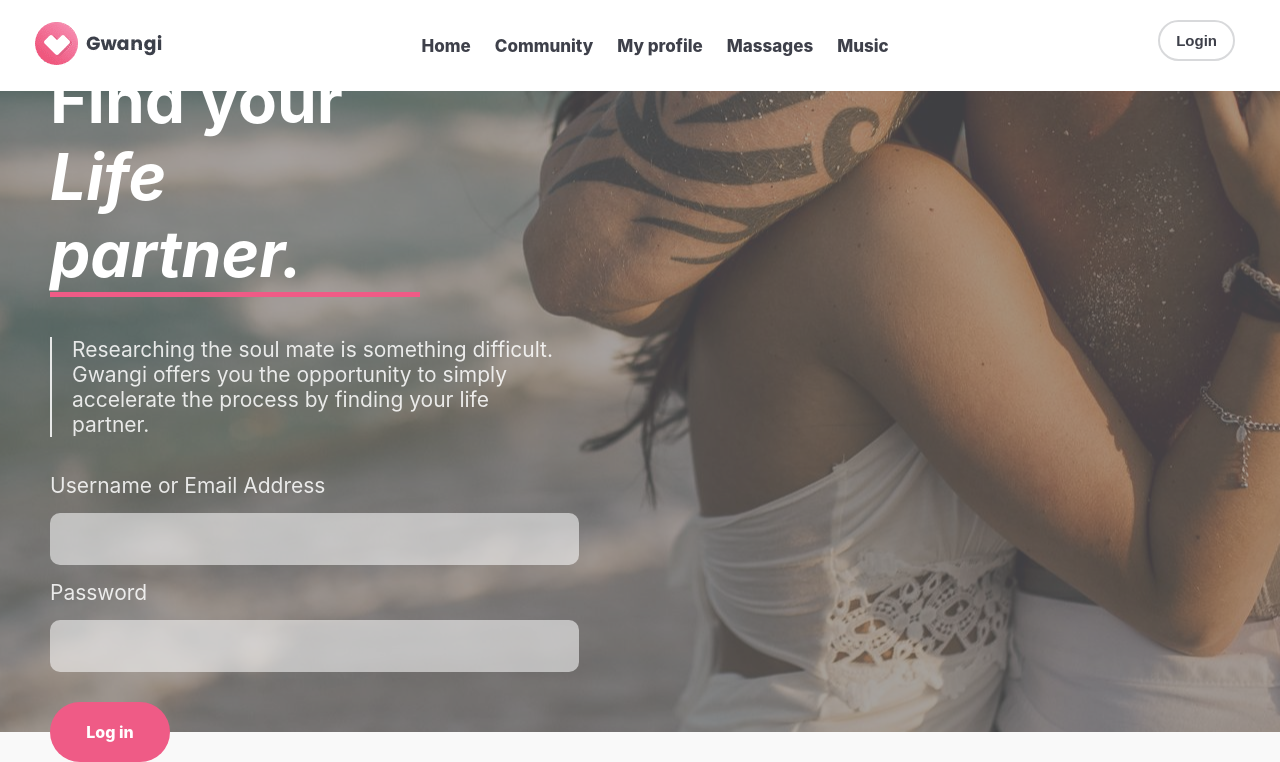
Repository: ShokunLiubov/Soc-Network-React
Page: /login
The author's editor kept a copy of each file at every save. The page is drawn from the files as they stood at one save, then again after the next save.
The browser window is 1280 px wide. The pictures show the whole page.
The project was rebuilt for these pictures with package versions that can differ from the ones it lists, and the page was loaded fresh each time. Also part of the build but not shown: src/components/common/Paginator/Paginator.module.css, src/components/common/Paginator/Paginator.jsx, src/components/Community/Community.module.css, src/components/Community/Friend/Friend.jsx, src/components/Community/Community.jsx, src/components/common/Preloader/Preloader.jsx, src/components/Community/CommunityContainer.jsx, src/components/Dialogs/Dialogs.module.css and 14 more.

Above is the page before, as saved 2022-08-24 18:18:27.

### src/index.js
import reportWebVitals from './reportWebVitals';
import store from './redux/redux-store';
import React from 'react';
import ReactDOM from 'react-dom/client';
import './index.css';
import App from './App';
import { BrowserRouter } from 'react-router-dom';
import { Provider } from 'react-redux'

const root = ReactDOM.createRoot(document.getElementById('root'));

  root.render(

      <BrowserRouter>
        <Provider store={store}>
          <App />
        </Provider>
      </BrowserRouter>


  );


// If you want to start measuring performance in your app, pass a function
// to log results (for example: reportWebVitals(console.log))
// or send to an analytics endpoint. Learn more: https://bit.ly/CRA-vitals
reportWebVitals();

### src/redux/redux-store.js
import {combineReducers, legacy_createStore as createStore} from "redux"
import dialogsReducer from "./dialogs-reducer"
import profileReducer from "./profile-reducer"
import communityReducer from "./community-reducer"
import authReducer from "./auth-reducer"

let reducers = combineReducers({
    profilePage : profileReducer,
    dialogsPage : dialogsReducer,
    communityPage : communityReducer,
    auth: authReducer
})

let store = createStore(reducers)

export default store;

### src/App.js
import React from 'react';
import { Routes, Route } from "react-router-dom";
import './App.css';
import Registration from './components/Auth/Registration/Registration';
import CommunityContainer from './components/Community/CommunityContainer';
import DialogsContainer from './components/Dialogs/DialogsContainer';
import Home from './components/Home/Home';
import Music from './components/Music/Music';
import Navbar from './components/Navbar/Navbar';
import ProfileContainer from './components/Profile/ProfileContainer';

function App(props) {
  return (

    <div className='app-wrapper'>
      <Navbar />
      <Routes>
        <Route path='/home/*' element={<Home />} />

        <Route path='/community/*' element={<CommunityContainer />} />

        <Route path='/profile/:id' element={<ProfileContainer />} />
        <Route path='/profile/*' element={<ProfileContainer />} />

        <Route path='/dialogs/*' element={<DialogsContainer />} />

        <Route path='/music/*' element={<Music />} />

        <Route path='/login/*' element={<Registration />} />

      </Routes>

    </div>

  );
}

export default App;

### src/redux/dialogs-reducer.js
const SAND_MASSAGE = 'SAND-MASSAGE'
const UPDATE_NEW_MASSAGE_TEXT = 'UPDATE-NEW-MASSAGE-TEXT'

let initialState = {
    dialogsData: [
        { id: 1, name: 'Vika', ava: './../images/ava-w1.jpeg' },
        { id: 2, name: 'Eugen', ava: './../images/ava-m2.png' },
        { id: 3, name: 'Liubov', ava: './../images/ava-w3.jpeg' },
        { id: 4, name: 'Max', ava: './../images/ava-m1.jpeg' },
        { id: 5, name: 'Nika', ava: './../images/ava-w2.webp' }
    ],
    massagesData: [
        { id: 1, massage: 'Hi' },
        { id: 2, massage: 'How are you?' },
        { id: 3, massage: 'I am okey!' }
    ],
    newMassageText: ''
}

const dialogsReducer = (state = initialState, action) => {

    switch (action.type) {
        case SAND_MASSAGE:
            let text = state.newMassageText
            return {
                ...state,
                newMassageText: '',
                massagesData: [...state.massagesData, {id: Date.now(),massage: text}]
            }

        case UPDATE_NEW_MASSAGE_TEXT:
            return {
                ...state,
                newMassageText: action.newText
            }

        default:
            return state
    }

}

export const sandMassage = () => ({ type: SAND_MASSAGE })

export const onMassageChange = (text) =>
    ({ type: UPDATE_NEW_MASSAGE_TEXT, newText: text })

export default dialogsReducer;

### src/redux/profile-reducer.js
const ADD_POST = 'ADD-POST'
const UPDATE_NEW_POST_TEXT = 'UPDATE-NEW-POST-TEXT'
const SET_USER_PROFILE = 'SET-USER-PROFILE'

let initialState = {
    userProfile: {},
    postsData: [
        { id: 1, massage: 'Hi, how are you?', countLikes: '12', time: '29 minutes ago' },
        { id: 2, massage: 'It is my first post', countLikes: '99+', time: 'yesterday' },
        { id: 3, massage: 'My name Liubov, I am wife Eugen', countLikes: '32', time: 'week ago' }
    ],
    newPostText: ''
}

const profileReducer = (state = initialState, action) => {
    switch (action.type) {
        case ADD_POST:
            let newPost = {
                id: Date.now(),
                massage: state.newPostText,
                countLikes: '0',
                time: new Date().toLocaleTimeString()
            }
            return {
                ...state,
                newPostText: '',
                postsData: [newPost, ...state.postsData]
            }

        case UPDATE_NEW_POST_TEXT:
            return {
                ...state,
                newPostText: action.newText
            }
        case SET_USER_PROFILE:
            return {
                ...state,
                userProfile: action.profile

            }
        default:
            return state
    }


}

export const addPost = () => ({ type: ADD_POST })

export const updateNewPostText = (text) =>
    ({ type: UPDATE_NEW_POST_TEXT, newText: text })

export const setUserProfile = (profile) =>
    ({ type: SET_USER_PROFILE, profile})


export default profileReducer;

### src/redux/community-reducer.js
const FOLLOW = 'FOLLOW'
const UN_FOLLOW = 'UN-FOLLOW'
const SET_USERS = 'SET-USERS'
const SET_PAGE = 'SET-PAGE'
const SET_USERS_TOTAL_COUNT = 'SET-USERS-TOTAL-COUNT'
const TOGGLE_IS_FETCHING = 'TOGGLE-IS-FETCHING'

let initialState = {
    userData: [ ],
    pageSize: 10,
    totalUsersCount: 0,
    currentPage: 1,
    currentPageSize: 1,
    isFetching: false
}
const communityReducer = (state = initialState, action) => {
    switch (action.type) {
        case FOLLOW:
            return {
                ...state,
                userData: state.userData.map (user => {
                    if(user.id === action.userID) {
                        return {...user, followed: true}
                    }
                    return user
                })
            }
        case UN_FOLLOW:
            return {
                ...state,
                userData: state.userData.map (user => {
                    if(user.id === action.userID) {
                        return {...user, followed: false}
                    }
                    return user
                })
            }
        case SET_USERS:
            return {
                ...state,
                userData: action.users
            }
        case SET_PAGE:
            return {
                ...state,
                currentPage: action.page
                }
        case SET_USERS_TOTAL_COUNT:
            return {
                ...state,
                totalUsersCount: action.UsersTotalCount
            }
        case TOGGLE_IS_FETCHING:
            return {
                ...state,
                isFetching: action.isFetching
            }
        default:
            return state
    }
}

export const follow = (userID) => ({ type: FOLLOW, userID })

export const unFollow = (userID) => ({ type: UN_FOLLOW, userID })

export const setUsers = (users) => ({ type: SET_USERS, users })

export const setPage = (page) => ({ type: SET_PAGE, page })

export const setUsersTotalCount = (UsersTotalCount) => ({ type: SET_USERS_TOTAL_COUNT, UsersTotalCount })

export const toggleFetching = (isFetching) => ({ type: TOGGLE_IS_FETCHING, isFetching })

export default communityReducer;


// Создать кнопки prev next
// if(currentPage > 1) { prev
// } минус 1  при отрисовки подставляться значения, исключение первая страница
// Отображать в пагинации 5 стр и одну последнюю , учесть если будет меньше 5 стр

### src/redux/auth-reducer.js
const SET_USER_DATA = 'SET-USER-DATA'
// const UN_FOLLOW = 'UN-FOLLOW'

let initialState = {
    userId: undefined,
    email: undefined,
    login: undefined,
    isFetching: false
}
const authReducer = (state = initialState, action) => {
    switch (action.type) {
        case SET_USER_DATA:
            return {
                ...state,
                ...action.data
            }
        // case TOGGLE_IS_FETCHING:
        //     return {
        //         ...state,
        //         isFetching: action.isFetching
        //     }
        default:
            return state
    }
}

export const setUserData = (userId, email, login) => ({ type: SET_USER_DATA, data: {userId, email, login} })

// export const toggleFetching = (isFetching) => ({ type: TOGGLE_IS_FETCHING, isFetching })

export default authReducer;

### src/components/Auth/Registration/Registration.jsx
import React from 'react';
import styles from './Registration.module.css'

const Registration = () => {
    return (
        <div className={styles.background}>
            <div className={styles.registration}>
                <div className={styles.title}>Find your<br />
                    <i>Life partner.</i></div>
                <p className={styles.excerption}>Researching the soul mate is something difficult. Gwangi offers you the opportunity to simply accelerate the process by finding your life partner.</p>
                <form>
                    <div className={styles.username}>
                        <label>Username or Email Address</label>
                        <input type="text"/>
                    </div>
                    <div className={styles.password}>
                        <label>Password</label>
                        <input type="password"/>
                    </div>
                    <div className={styles.buttonLogin}>
                    <span>Log in</span>
                    </div>

                </form>
            </div>

        </div>
    )
}

export default Registration;

### src/components/Dialogs/DialogsContainer.jsx
import React from 'react';
import { sandMassage, onMassageChange } from '../../redux/dialogs-reducer';
import Dialogs from './Dialogs';
import { connect } from 'react-redux'


let mapStateToProps = (state) => {
    return {
        dialogsData: state.dialogsPage.dialogsData,
        massagesData: state.dialogsPage.massagesData,
        newMassageText: state.dialogsPage.newMassageText
    }
}

const DialogsContainer = connect(mapStateToProps, { sandMassage, onMassageChange })(Dialogs)

export default DialogsContainer;

### src/components/Navbar/Navbar.jsx
import React from 'react';
import { NavLink } from 'react-router-dom';
import styles from './Navbar.module.css'

const Navbar = () => {
    return (
        <div className={styles.navbar}>
            {/* LOGO */}
            <div className={styles.logo}><img src='./../images/logotype.png' /></div>
             {/* LOGO */}

            {/* MENU */}
            <nav className={styles.menu}>
                <div className={styles.item}>
                    <NavLink to='/home' className={navData => navData.isActive ? styles.active : styles.item}>Home</NavLink>
                </div>
                <div className={styles.item}>
                    <NavLink to='/community' className={navData => navData.isActive ? styles.active : styles.item}>Community</NavLink>
                </div>
                <div className={styles.item}>
                    <NavLink to='/profile' className={navData => navData.isActive ? styles.active : styles.item}>My profile</NavLink>
                </div>
                <div to='/dialogs' className={styles.item}>
                    <NavLink to='/dialogs' className={navData => navData.isActive ? styles.active : styles.item}>Massages</NavLink>
                </div>
                <div className={styles.item}>
                    <NavLink to='/music' className={navData => navData.isActive ? styles.active : styles.item}>Music</NavLink>
                </div>
            </nav>
            {/* MENU */}

            {/* LOGIN */}
            <NavLink to='/login' className={styles.login}>
                <button className='button'>Login</button>
            </NavLink>
            {/* LOGIN */}

        </div>
    )
}

export default Navbar;

### src/components/Auth/Registration/Registration.module.css
.background {
    background-image: url(./../../../../public/images/registration-bgr.jpeg);
    background-repeat: no-repeat;
    background-position: center;
    width: 100%;
    height: 89vh;
    position: relative;
    display: flex;
    align-items: center;
}

.background::before {
    content: " ";
    width: 100%;
    height: 89vh;
    background-color: #696a6e99;
    position: absolute;
    z-index: 1;
}

.registration {
    margin-left: 50px;
    position: relative;
    z-index: 20;
}

.title {
    color: #ffffff;
    font-size: 64px;
    max-width: 370px;
    font-weight: 700;
    border-bottom: 5px solid #ef5b86;
}

.excerption {
    margin-top: 40px;
    color: rgba(255, 255, 255, 0.85);
    font-size: 21px;
    max-width: 40%;
    padding: 0px 20px;
    border-left: 2px solid rgba(255, 255, 255, 0.85);
}

/* FORM */
.username,
.password {
    display: flex;
    flex-direction: column;
    max-width: 43%;
    color: rgba(255, 255, 255, 0.85);
}

.username input,
.password input {
    background-color: #ffffff8c;
    border-radius: 10px;
    border: none;
    height: 50px;
}

.username label,
.password label {
    margin: 15px 0;
    font-size: 21px;
}

.buttonLogin {
    margin-top: 30px;
    background-color: #ef5b86;
    width: 120px;
    padding: 20px 0;
    display: flex;
    justify-content: center;
    align-items: center;
    color: #ffffff;
    border-radius: 30px;
    font-weight: 800;
}

/* FORM */

### src/components/Navbar/Navbar.module.css
.navbar {
    display: flex;
    justify-content: space-between;
    align-items: center;
    padding: 20px 35px;
    background-color: #ffffff;
}

.logo {
    cursor: pointer;
}

.menu {
    display: flex;
}

.item a {
    margin: 0 12px;
    font-size: 17px;
    color: #3e404a;
    font-weight: 800;
    cursor: pointer;
    text-decoration: none;
}

.item a.active {
    color: #ef5b86;
}

.login {
    text-decoration: none;
}

### src/components/Profile/Profile_body/MyPosts/Post/Post.module.css
.post {
    background-color: #ffffff;
    border: 1px solid #e8e8e9;
    border-radius: 10px;
    margin: 50px 0;
    position: relative;
    width: 70%;
    min-height: 100px;
}

.personInfo img {
    position: absolute;
    top: -20px;
    left: -20px;
    width: 80px;
    height: 80px;
    object-fit: cover;
    border-radius: 10px;
}

.personInfo {
    display: flex;
}

.postInfo {
    margin: 10px 80px;
}

.nickname {
    color: #3e404a;
    font-size: 18px;
    font-weight: 700;
}

.time {
    color: #9da6b0;
    font-size: 12px;
    font-weight: 600;
    margin-top: 5px;
}

.massage {
    color: #9ca6af;
    font-size: 15px;
    font-weight: 700;
    margin: 10px 80px;
}

.like {
    width: 100%;
    display: flex;
    justify-content: end;
}

button{
    background: none;
    border: none;
    display: flex;
    align-items: center;
    margin: 0 10px 10px;
}

.countLike {
    margin-left: 5px;
    color: #9da6b0;
    font-size: 12px;
    font-weight: 500;
}

Loaded but not shown: public/index.html (common file); src/reportWebVitals.js (common file); src/index.css (common file); src/App.css (common file); src/components/Home/Home.module.css (no stored copy; drawn as an empty file); src/components/Music/Music.module.css (no stored copy; drawn as an empty file); src/components/Profile/Profile.module.css (no stored copy; drawn as an empty file)

After the next save:
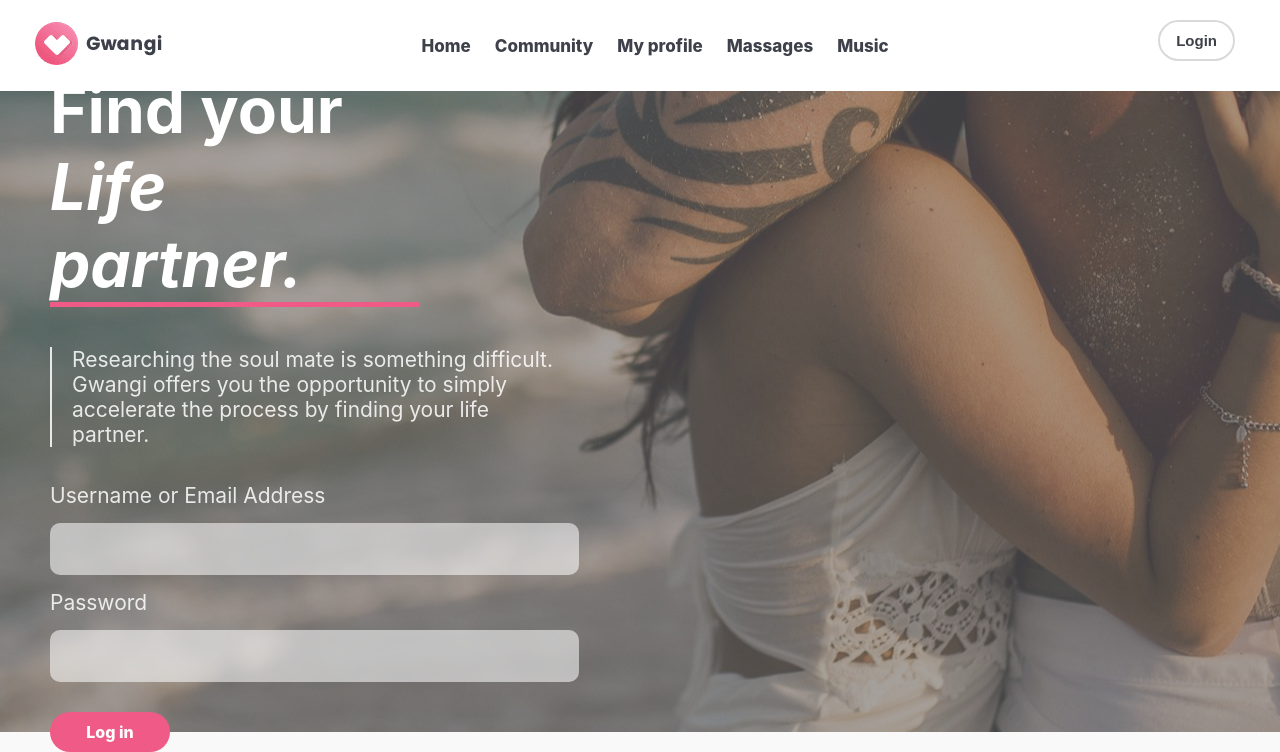
Saved 10 s later.
--- a/src/components/Auth/Registration/Registration.module.css
+++ b/src/components/Auth/Registration/Registration.module.css
@@ -68,7 +68,7 @@
     margin-top: 30px;
     background-color: #ef5b86;
     width: 120px;
-    padding: 20px 0;
+    padding: 10px 0;
     display: flex;
     justify-content: center;
     align-items: center;
